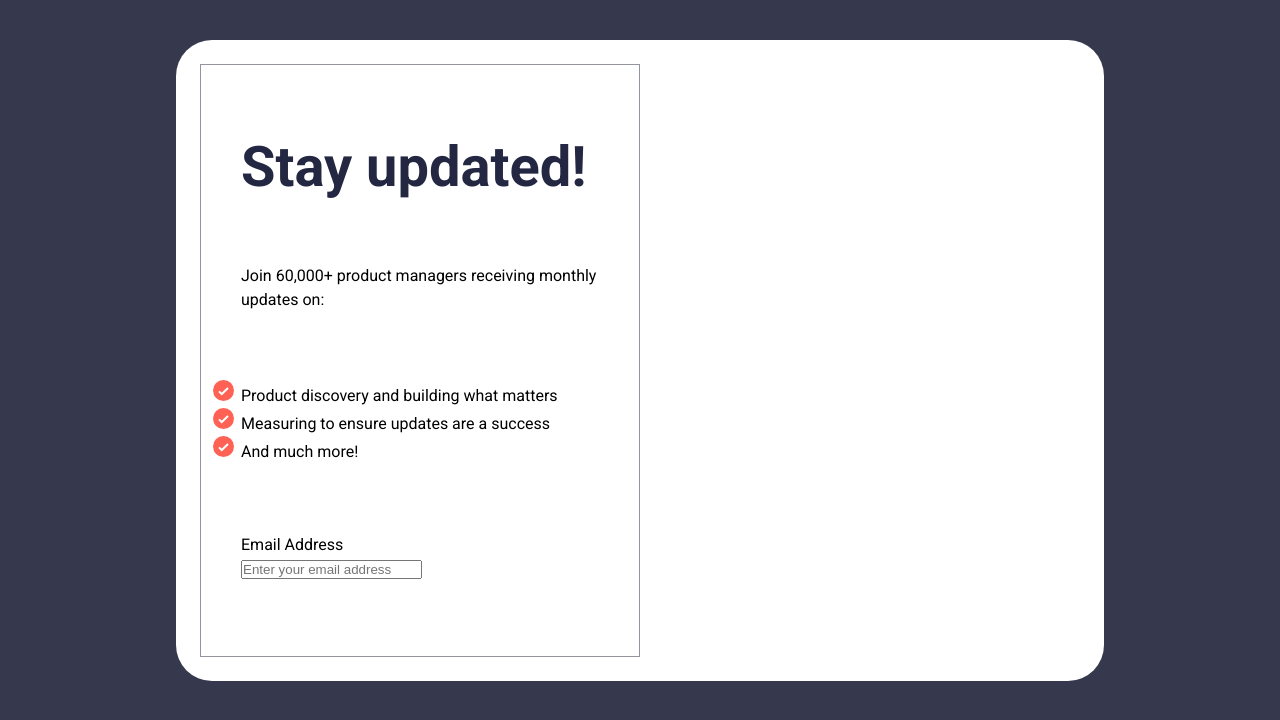
Repository: brandontaylor1/newsletter-signup
Page: index.html
These files come from the project's save history. The page is drawn as it stood at one moment and after the next save; the edit follows.
The browser window is 1280 px wide. The pictures show the whole page.

Above is the page before, as saved 2025-01-19 20:11:43.

After the next save:
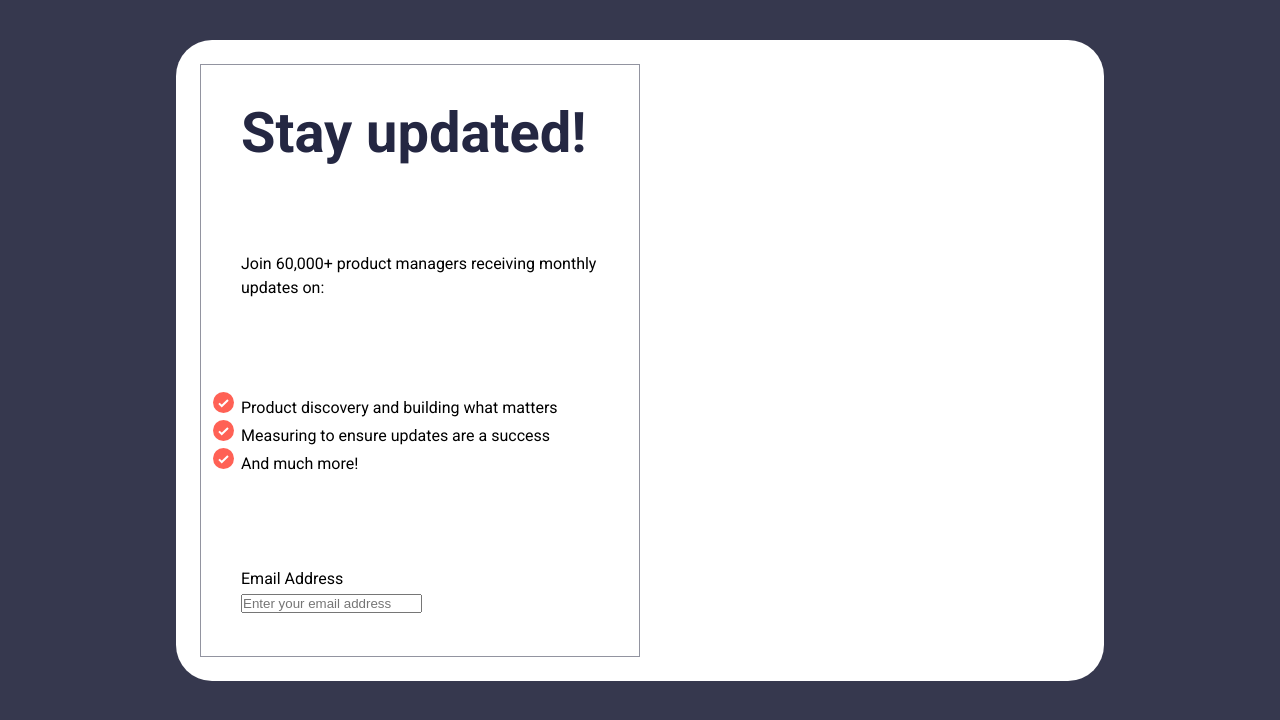
Saved 10 s later.
--- a/styles.css
+++ b/styles.css
@@ -48,7 +48,7 @@
     padding: 40px;
     display: flex;
     flex-direction: column;
-    justify-content: space-around;
+    justify-content: space-between;
     border: 1px solid var(--neutral-color-gray);
 }
 

After the save that followed:
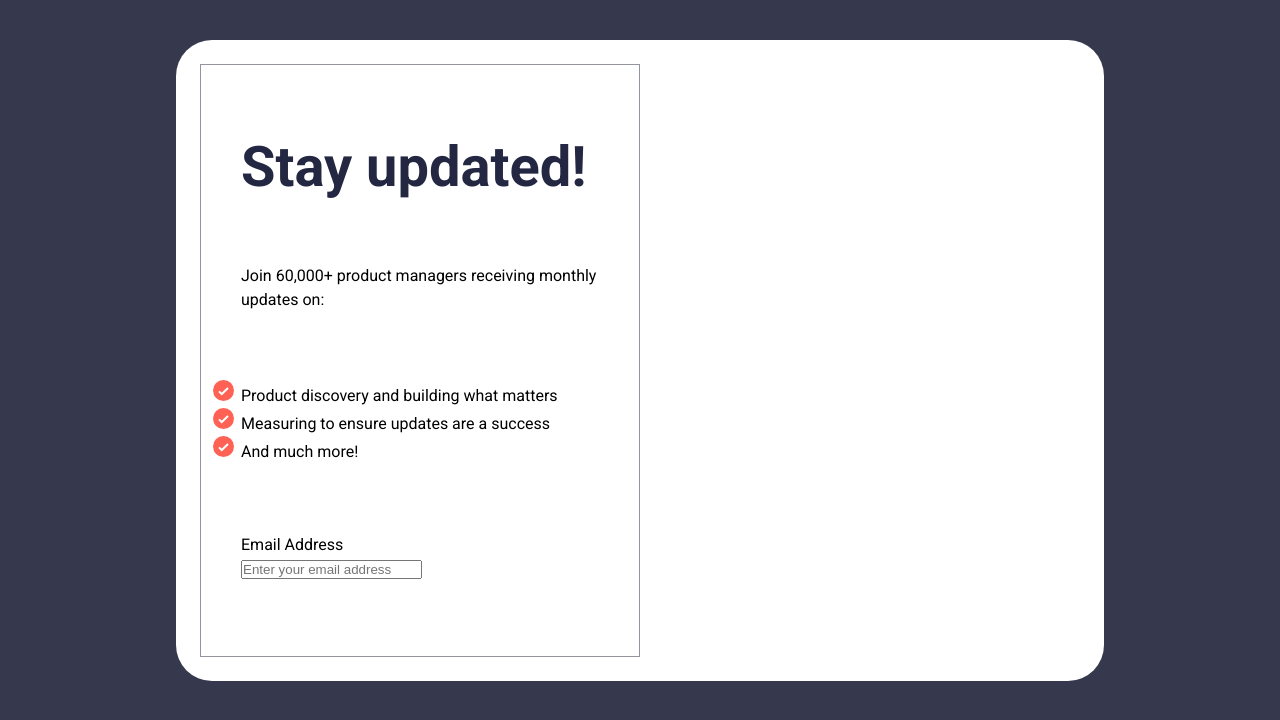
Saved 14 s later.
--- a/styles.css
+++ b/styles.css
@@ -48,7 +48,7 @@
     padding: 40px;
     display: flex;
     flex-direction: column;
-    justify-content: space-between;
+    justify-content: space-around;
     border: 1px solid var(--neutral-color-gray);
 }
 
